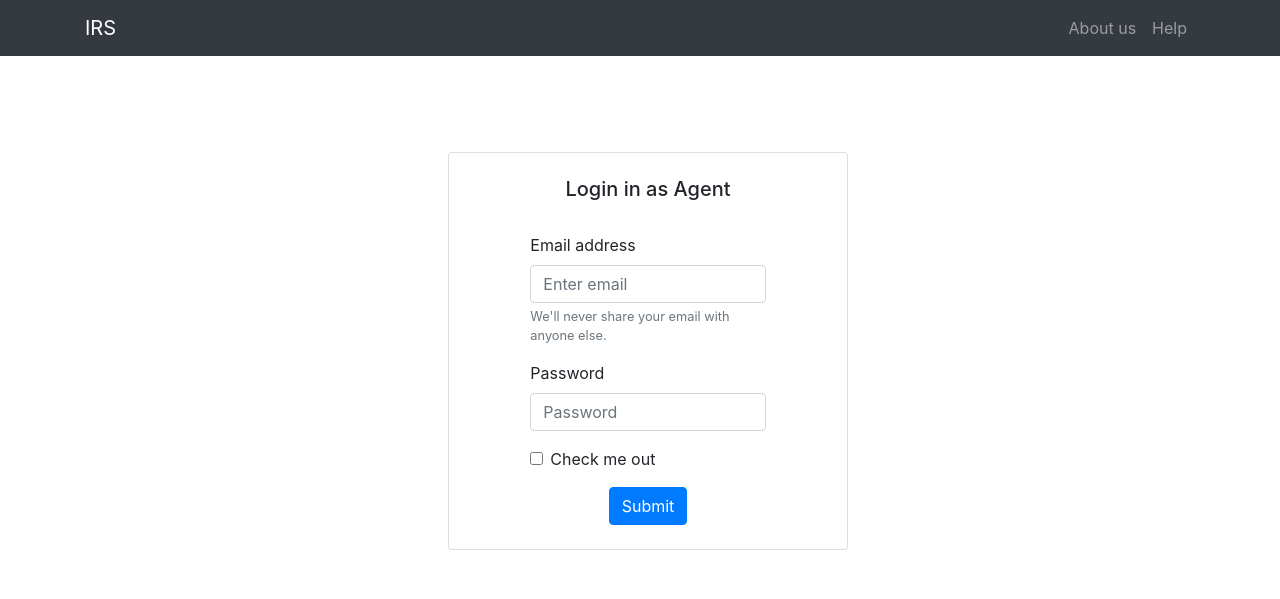
Repository: greeshmavyas/IRS_CS
Page: / (app in AgentManagement/Frontend/)
These files come from the project's save history. The page is drawn as it stood at one moment and after the next save; the edit follows.
The browser window is 1280 px wide. The pictures show the whole page.
Some web libraries are served in a nearby version. The project was rebuilt for these pictures with package versions that can differ from the ones it lists, and the page was loaded fresh each time. Also part of the build but not shown: AgentManagement/Frontend/src/components/NavbarDash.js, AgentManagement/Frontend/src/components/Sidebar.js, AgentManagement/Frontend/src/components/Dashboard.js, AgentManagement/Frontend/src/components/Settings.js, AgentManagement/frontend/src/App.css.

Above is the page before, as saved 2020-10-26 16:30:40.

After the next save:
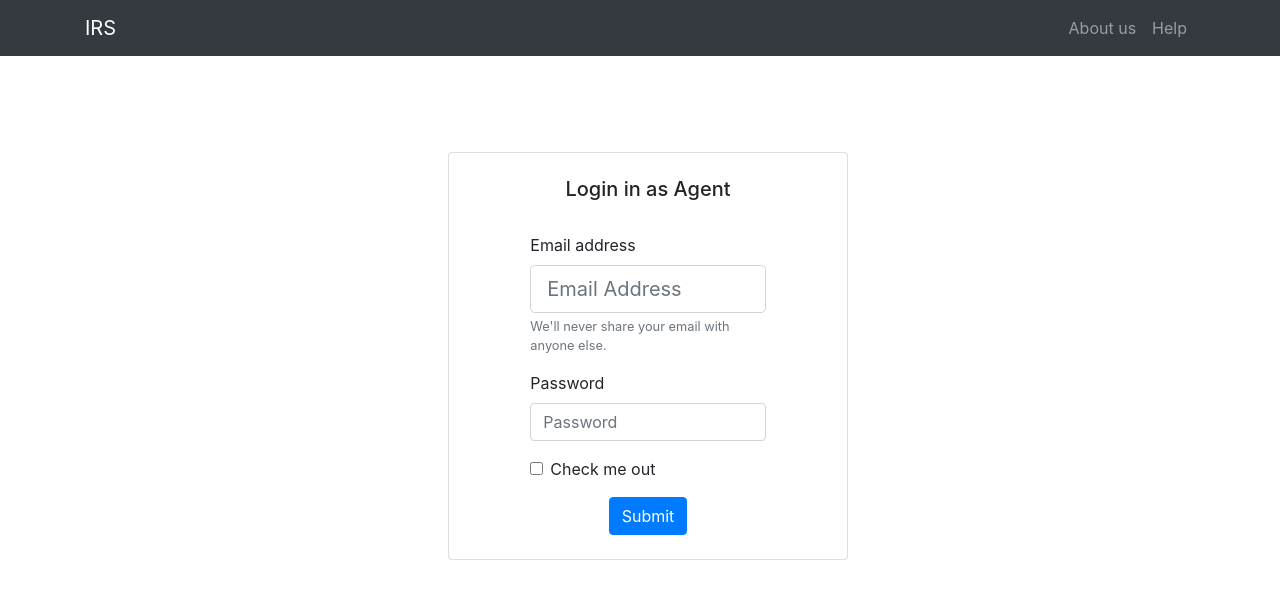
Saved 3 min 2 s later.
--- a/AgentManagement/Frontend/src/components/login.js
+++ b/AgentManagement/Frontend/src/components/login.js
@@ -39,7 +39,12 @@ class login extends Component {
                   <Form>
                     <Form.Group controlId="formBasicEmail">
                       <Form.Label>Email address</Form.Label>
-                      <Form.Control type="email" placeholder="Enter email" />
+                      <Form.Control type="email"
+                        className="form-control form-control-lg"
+                        placeholder="Email Address"
+                        name="email"
+                        value={this.state.email}
+                        onChange={this.onChange} />
                       <Form.Text className="text-muted">
                         We'll never share your email with anyone else.
                     </Form.Text>
